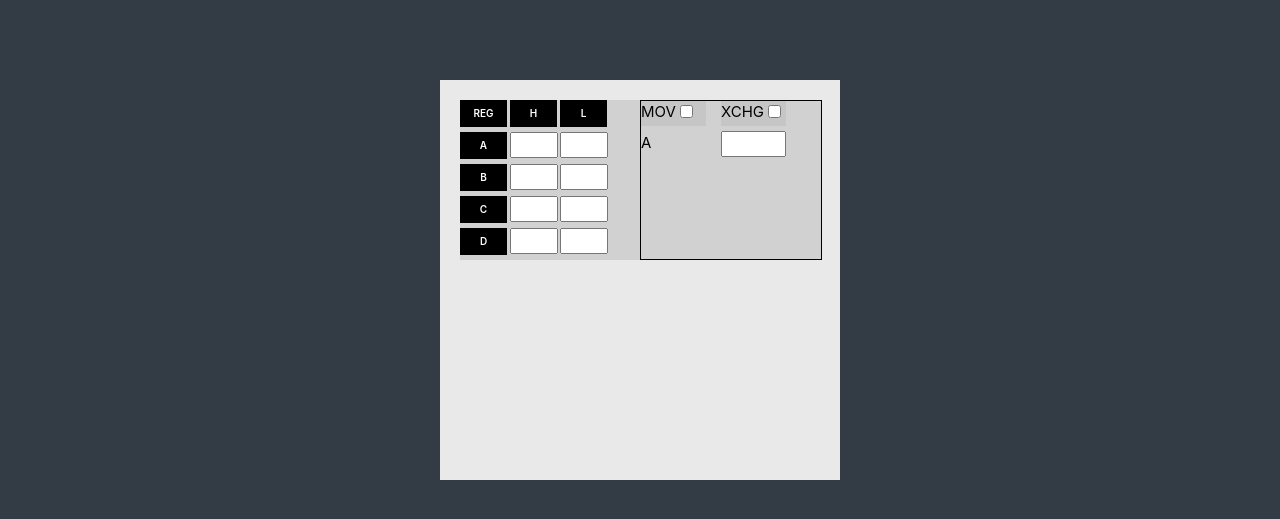
Repository: piookr-wsei/8086
Page: /
The author's editor kept a copy of each file at every save. The page is drawn from the files as they stood at one save, then again after the next save.
The browser window is 1280 px wide. The pictures show the whole page.
The project was rebuilt for these pictures with package versions that can differ from the ones it lists, and the page was loaded fresh each time.

Above is the page before, as saved 2022-06-18 21:19:18.

### src/App.js
import React from 'react';
import { useState } from 'react';
import './App.css';
import { RegDesc, RegInput, RegWrapper, UiWindow, UiWrapper, SettingsWrapper, Labels, CheckWrapper, OpBox, LineWrap, NumDesc } from './Components/Components.elements';


function App() {

  const xchg="xchg";
  const mov="mov"

  const [movChecked, setMovChecked] = useState(false);

  const [xchgChecked, setXchgChecked] = useState(false);

  const [opChosen,setOpChosen] = useState(null)

  function HandleCheck(name){
    if(name=="mov"){
      setMovChecked(!movChecked)
      setXchgChecked(false)
    }
    else if(name=="xchg"){
      setXchgChecked(!xchgChecked)
      setMovChecked(false)

    }
    setOpChosen(name)
  }

function OpChange(){
  return(
    <>
    <Labels>
      <CheckWrapper>
        MOV
        <OpBox type="checkbox"  checked={movChecked} onClick={() => HandleCheck(mov)} id="MOV"/>
      </CheckWrapper>
      <CheckWrapper>
        XCHG
        <OpBox type="checkbox" checked={xchgChecked} onChange={() => HandleCheck(xchg)} id="XCHG" name="XCHG"/>
      </CheckWrapper>
    </Labels>
    </>
    )
  }







  return (
    <div className="App">
      <UiWindow>
        <UiWrapper>
          <RegWrapper>
            <RegDesc textContent={"REG"}/>  <RegDesc textContent={"H"}/>  <RegDesc textContent={"L"}/>

            <RegDesc textContent={"A"}/>  <RegInput maxLength={2}/> <RegInput maxLength={2}/>
            <RegDesc textContent={"B"}/>  <RegInput maxLength={2}/> <RegInput maxLength={2}/>
            <RegDesc textContent={"C"} />  <RegInput maxLength={2}/> <RegInput maxLength={2}/>
            <RegDesc textContent={"D"}/>  <RegInput maxLength={2}/> <RegInput maxLength={2}/>
          </RegWrapper>

          <SettingsWrapper>

              <OpChange/>

              <LineWrap>
              <NumDesc textContent={"A"}/>  <RegInput maxLength={2} style={{width:"57px"}}/>
              </LineWrap>
          </SettingsWrapper>



        </UiWrapper>
      </UiWindow>

    </div>
  );
}

export default App;

### src/App.css
body{
  height: 100%;
  background: rgba(1, 10, 22, 0.8);
}
.App {

}

.App-logo {
  height: 40vmin;
  pointer-events: none;
}

@media (prefers-reduced-motion: no-preference) {
  .App-logo {
    animation: App-logo-spin infinite 20s linear;
  }
}

.App-header {
  background-color: #282c34;
  min-height: 100vh;
  display: flex;
  flex-direction: column;
  align-items: center;
  justify-content: center;
  font-size: calc(10px + 2vmin);
  color: white;
}

.App-link {
  color: #61dafb;
}

@keyframes App-logo-spin {
  from {
    transform: rotate(0deg);
  }
  to {
    transform: rotate(360deg);
  }
}

### src/Components/Components.elements.js
import styled from "styled-components";

export const UiWindow = styled.div`
    height: 400px;
    width: 400px;
    background: rgb(233,233,233);
    position: relative;
    margin: auto;
    top: 80px;
`

export const UiWrapper = styled.div`
    border: 20px solid transparent;
    display: grid;
    grid-template-columns: 1fr 1fr;
`

export const RegWrapper = styled.div`
    width: 180px;
    background: rgba(0,0,0,0.1);
    position: relative;
    left: 0;
    display: grid;
    grid-template-columns: 50px 50px 50px;
`

export const RegInput = styled.input`
    height: 20px;
    width: 40px;
    margin-bottom:5px;
    text-align: center;
`

export const SettingsWrapper = styled.div`
    width: 180px;
    background: rgba(0,0,0,0.1);
    position: relative;
    right: 0;
    display: grid;
    grid-template-columns: 180px;
    border: solid 1px black;
    font-size: 15px;
    line-height: 22px;
    grid-template-rows: repeat(auto-fit,30px);

`

export const RegDescSC = styled.div`
    height: 27px;
    width: 47px;
    background: black;
    margin-bottom:5px;
    color: white;
    font-weight: 600;
`

export const DescText = styled.p`
    font-size: 10px;
    text-align: center;
    position: relative;
    top: -3px;
`

export function RegDesc(props){
    return(
        <RegDescSC>
            <DescText>{props.textContent}</DescText>
        </RegDescSC>
    )
}

export const Labels = styled.div`
    display: grid;
    grid-template-columns: 80px 80px;
`

export const CheckWrapper = styled.div`
    background: rgba(0,0,0,0.05);
    width: 65px;
    height: 25px;
`

export const OpBox = styled.input`
    vertical-align: "middle";
    position: relative;
    top: 1px;
`

export const LineWrap = styled.div`
    width: 180px;
    display: flex;
    align-items: center;
`

export const NumSC = styled.div`
    width: 80px;
    text-align: left !important;
`

export function NumDesc(props){
    return(
        <NumSC>
            <DescText style={{textAlign: "left", fontSize:"15px"}}>{props.textContent}</DescText>
        </NumSC>
    )
}

Loaded but not shown: public/index.html (common file); src/index.js (common file); src/index.css (common file); src/reportWebVitals.js (common file)

After the next save:
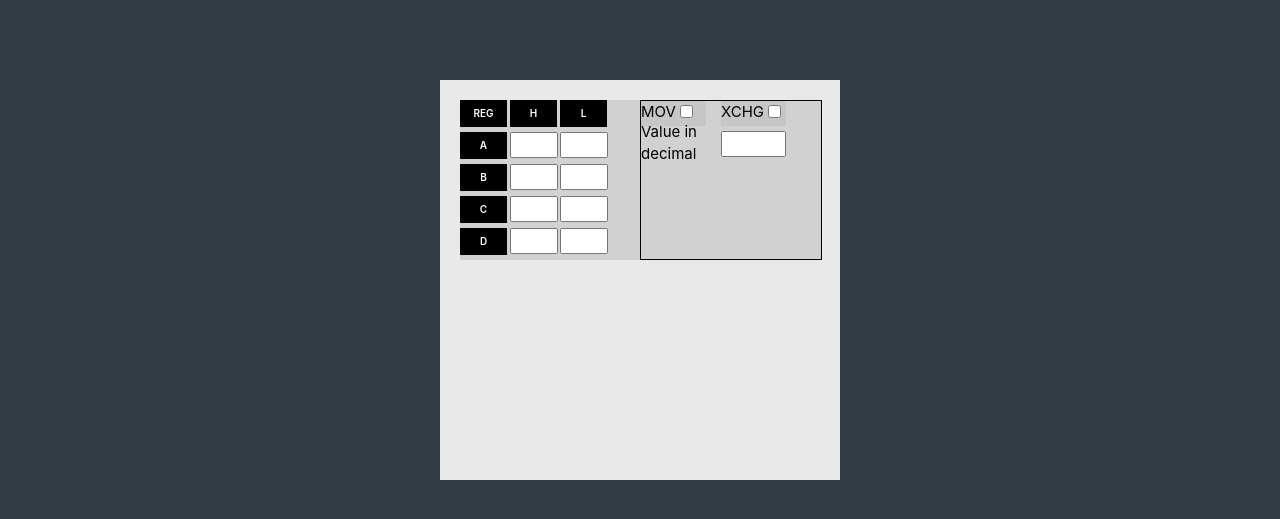
Saved 20 s later.
--- a/src/App.js
+++ b/src/App.js
@@ -69,7 +69,7 @@ function OpChange(){
               <OpChange/>
 
               <LineWrap>
-              <NumDesc textContent={"A"}/>  <RegInput maxLength={2} style={{width:"57px"}}/>
+              <NumDesc textContent={"Value in decimal"}/>  <RegInput maxLength={2} style={{width:"57px"}}/>
               </LineWrap>
           </SettingsWrapper>
 
